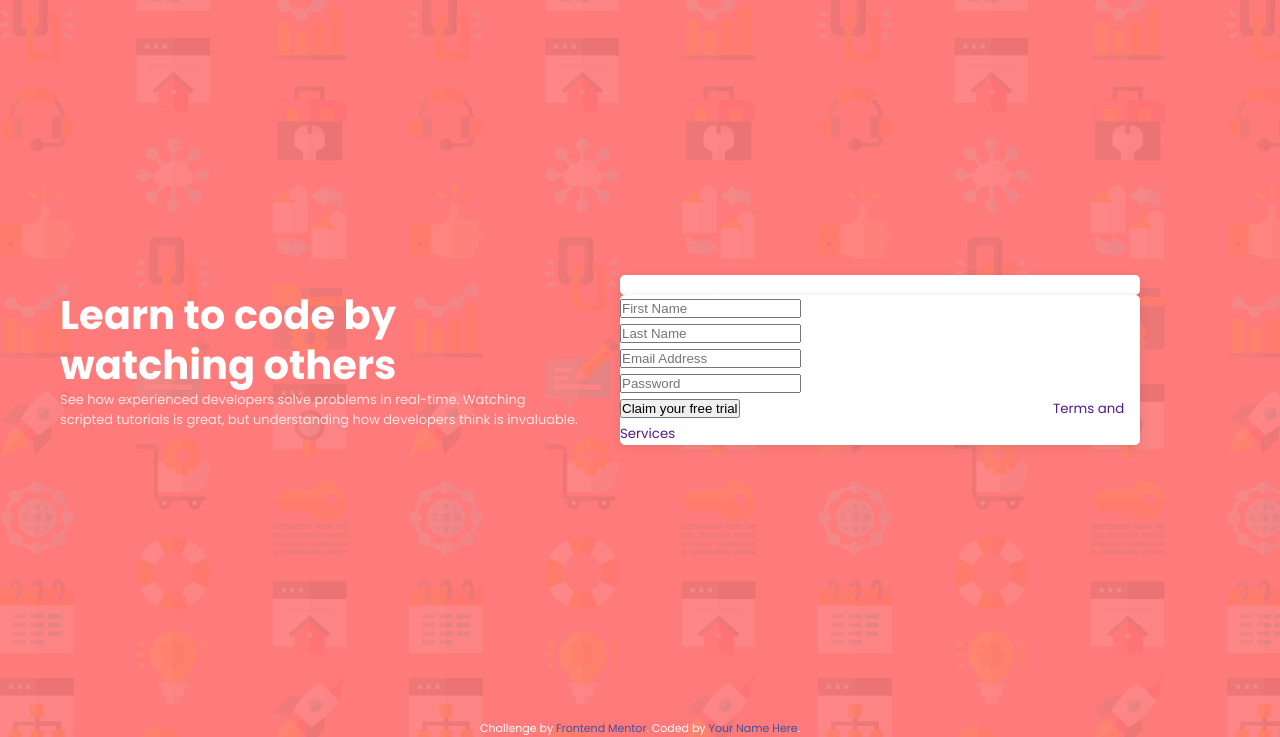
Repository: Akashiii1/WebSignup_Form_Day2
Page: index.html
The author's editor kept a copy of each file at every save. The page is drawn from the files as they stood at one save, then again after the next save.
The browser window is 1280 px wide. The pictures show the whole page.

Above is the page before, as saved 2021-12-19 16:49:18.

After the next save:
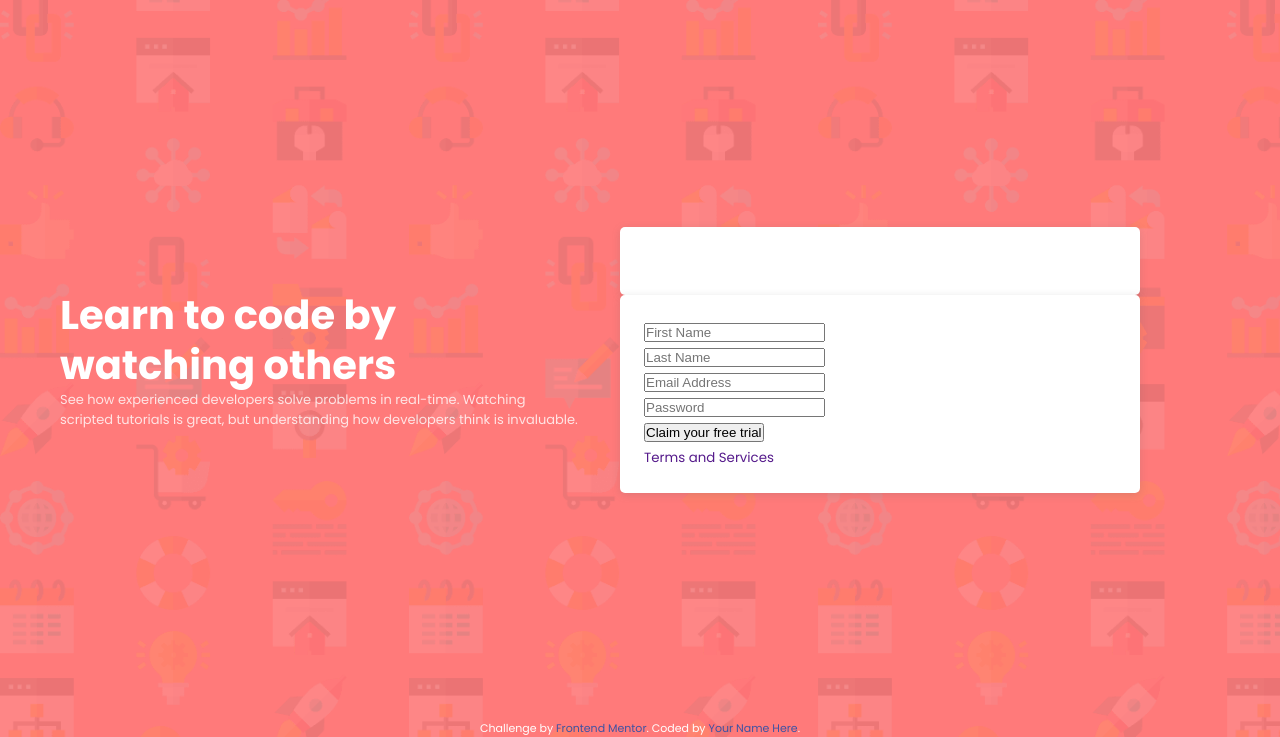
Saved 72 s later.
--- a/style.css
+++ b/style.css
@@ -62,4 +62,5 @@ body{
   box-shadow: rgba(99, 99, 99, 0.2) 0px 2px 8px 0px;
   background-color: #fff;
   border-radius: 5px;
+  padding: 24px;
 }
